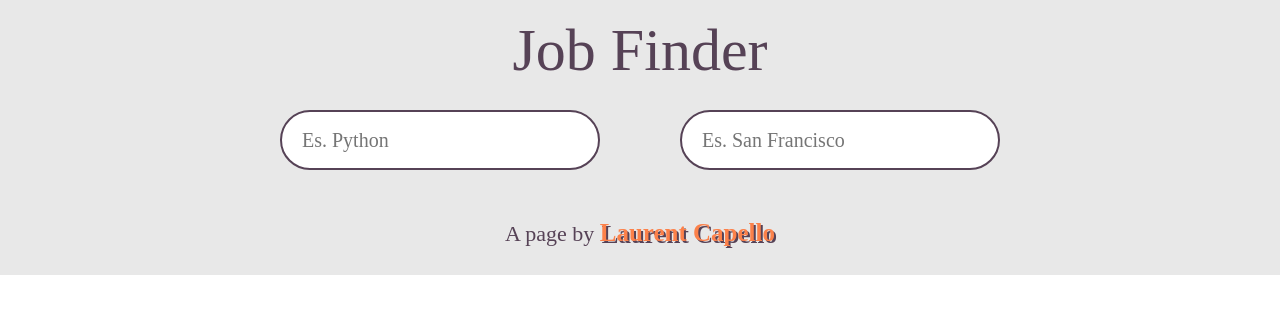
Repository: sokafootball/job-finder
Page: /
An editor plug-in stored every save of this project. The page is shown before and after the next save, followed by the edit.
The browser window is 1280 px wide. The pictures show the whole page.
The page's requests for data from a server got no answer. The project was rebuilt for these pictures with package versions that can differ from the ones it lists, and the page was loaded fresh each time. No one was signed in, and anything a server would have sent is missing. Also part of the build but not shown: src/components/JobCard/JobCard.css, src/components/JobCard/JobCard.js.

Above is the page before, as saved 2020-10-23 14:43:59.

After the next save:
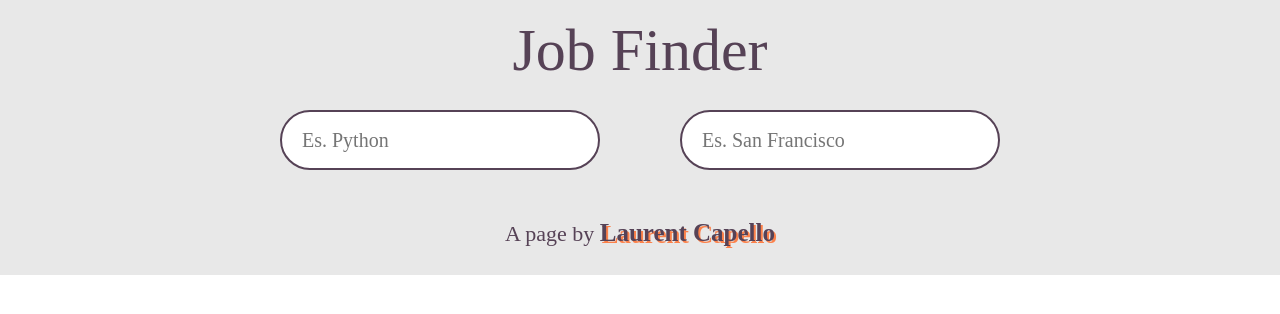
Saved 18 s later.
--- a/src/components/Footer/Footer.css
+++ b/src/components/Footer/Footer.css
@@ -4,8 +4,8 @@
 }
 
 #signature{
-  color:var(--job-title-color);
-  text-shadow: var(--border-color) 2px 2px;
+  color:var(--border-color);
+  text-shadow: var(--job-title-color) 2px 2px;
   font-size: 25px;
   font-weight: 800;
 }

After the save that followed:
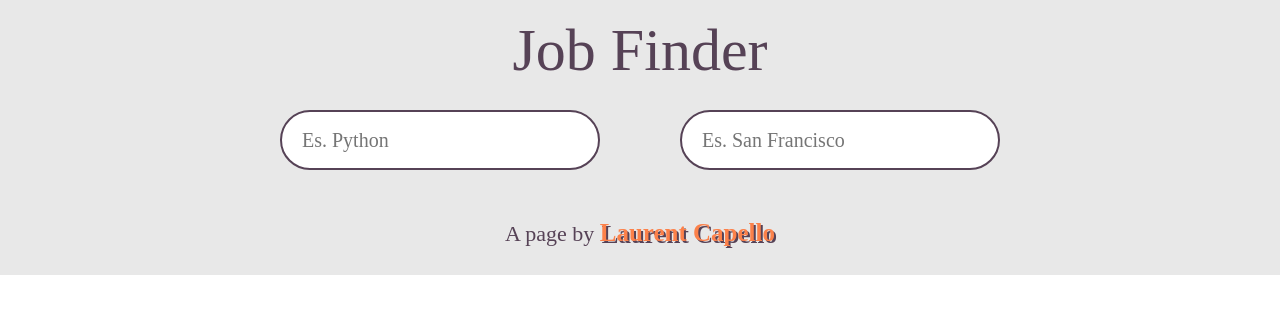
Saved 13 s later.
--- a/src/components/Footer/Footer.css
+++ b/src/components/Footer/Footer.css
@@ -4,8 +4,8 @@
 }
 
 #signature{
-  color:var(--border-color);
-  text-shadow: var(--job-title-color) 2px 2px;
+  color:var(--job-title-color);
+  text-shadow: var(--border-color) 2px 2px;
   font-size: 25px;
   font-weight: 800;
 }
